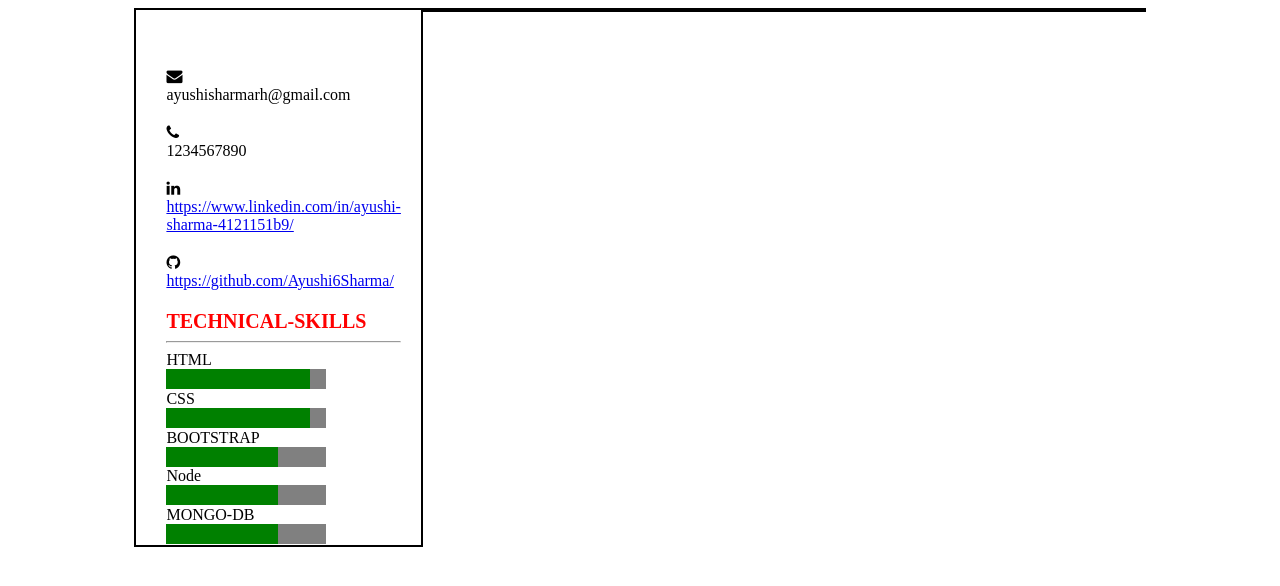
Repository: Ayushi6Sharma/Resume
Page: index.html
An editor plug-in stored every save of this project. The page is shown before and after a run of saves, followed by the edit.
The browser window is 1280 px wide. The pictures show the whole page.

Above is the page before, as saved 2022-05-03 23:53:43.

### index.html
<!DOCTYPE html>
<html lang="en">
    <head>
        <meta charset="utf-8">
        <meta http-equiv="X-UA-Compatible" content="IE=edge">
        <meta name="viewport" content="width=device-width, initial-scale=1">
        <meta name="description" content="Responsive resume for companies">
        <meta name="author" content="Ayushi Sharma">
        <div class="profile-linkedin"></div>
        <link rel="stylesheet" href="style.css">
        <!-- <link rel="stylesheet" href="https://cdn.jsdelivr.net/npm/@fortawesome/fontawesome-free@5.15.4/css/fontawesome.min.css" integrity="sha384-jLKHWM3JRmfMU0A5x5AkjWkw/EYfGUAGagvnfryNV3F9VqM98XiIH7VBGVoxVSc7" crossorigin="anonymous"> -->
        <!-- <link href="https://cdnjs.cloudflare.com/ajax/libs/font-awesome/5.13.0/css/all.min.css" rel="stylesheet"> -->
        <link rel="stylesheet" href="https://stackpath.bootstrapcdn.com/font-awesome/4.7.0/css/font-awesome.min.css" integrity="sha384-wvfXpqpZZVQGK6TAh5PVlGOfQNHSoD2xbE+QkPxCAFlNEevoEH3Sl0sibVcOQVnN" crossorigin="anonymous">
        <title>Resume</title>
    </head>
    <body>
        <main class="main-content" contenteditable="false">
            <section>
                <div class="left-main-content">
                    <!-- Profile data -->
                    <div class="profile-data">
                        <div class="profile-image">
                           <img src="" class="img">
                        </div>
                        <div class="profile-email">
                            <div class="email-icon">
                                <i class="fa fa-envelope"></i>
                            </div>
                            <div class="email-address">
                                ayushisharmarh@gmail.com
                            </div>
                        </div>
                        <div class="profile-contact">
                            <div class="phone-icon">
                                <i class="fa fa-phone"></i>
                            </div>
                            <div class="phone-number">
                                1234567890
                            </div>
                        </div>
                        <div class="profile-linkedin">
                            <div class="linkedid-icon">
                                <i class="fa fa-linkedin"></i>
                            </div>
                            <div class="linkedin-account">
                                <a href="https://www.linkedin.com/in/ayushi-sharma-4121151b9/">https://www.linkedin.com/in/ayushi-sharma-4121151b9/</a>
                            </div>
                        </div>
                        <div class="profile-github">
                            <div class="github-icon">
                                <i class="fa fa-github"></i>
                            </div>
                            <div class="github account-account">
                               <a href="https://github.com/Ayushi6Sharma/">https://github.com/Ayushi6Sharma/</a>
                            </div>
                        </div>
                    </div>
                    <!-- Technical Skills -->
                    <div class="technical-skills">
                        <div class="title">
                            TECHNICAL-SKILLS
                        </div>
                        <hr>
                        <div class="skills">
                            <div class="skill-item">
                                HTML
                            </div>
                            <div class="skill-knowledge">
                                <progress value="90" max="100" class="bar"></progress>
                            </div>
                        </div>
                        <div class="skills">
                            <div class="skill-item">
                                CSS
                            </div>
                            <div class="skill-knowledge">
                                <progress value="90" max="100" class="bar"></progress>
                            </div>
                        </div>
                        <div class="skills">
                            <div class="skill-item">
                                BOOTSTRAP
                            </div>
                            <div class="skill-knowledge">
                                <progress value="70" max="100" class="bar"></progress>
                            </div>
                        </div>
                        <div class="skills">
                            <div class="skill-item">
                                Node
                            </div>
                            <div class="skill-knowledge">
                                <progress value="70" max="100" class="bar"></progress>
                            </div>
                        </div>
                        <div class="skills">
                            <div class="skill-item">
                                MONGO-DB
                            </div>
                            <div class="skill-knowledge">
                                <progress value="70" max="100" class="bar"></progress>
                            </div>
                        </div>
                    </div>

                </div>

            </section>
            <section>
                <div class="right-main-content">

                </div>
            </section>
        </main>
    </body>
</html>

### style.css
.main-content
{
    display: grid;
    grid-template-columns:1fr 3fr;
    width:80%;
    margin: auto;
}
.left-main-content
{
    border:2px solid black;
    padding-left: 30px;
    padding-right: 20px;
}
.right-main-content
{
    border: 2px solid black;
}
.profile-data >div{
    margin-top: 20px;
}
/* technical skills */
.title{
    margin-top: 20px;
    font-weight: bold;
    font-size: 20px;
    color:red;
}
progress{
    color: aquamarine;
}
.bar
{
    border-radius:0px;
    height: 20px;
    position:relative;
}

After the next 2 saves:
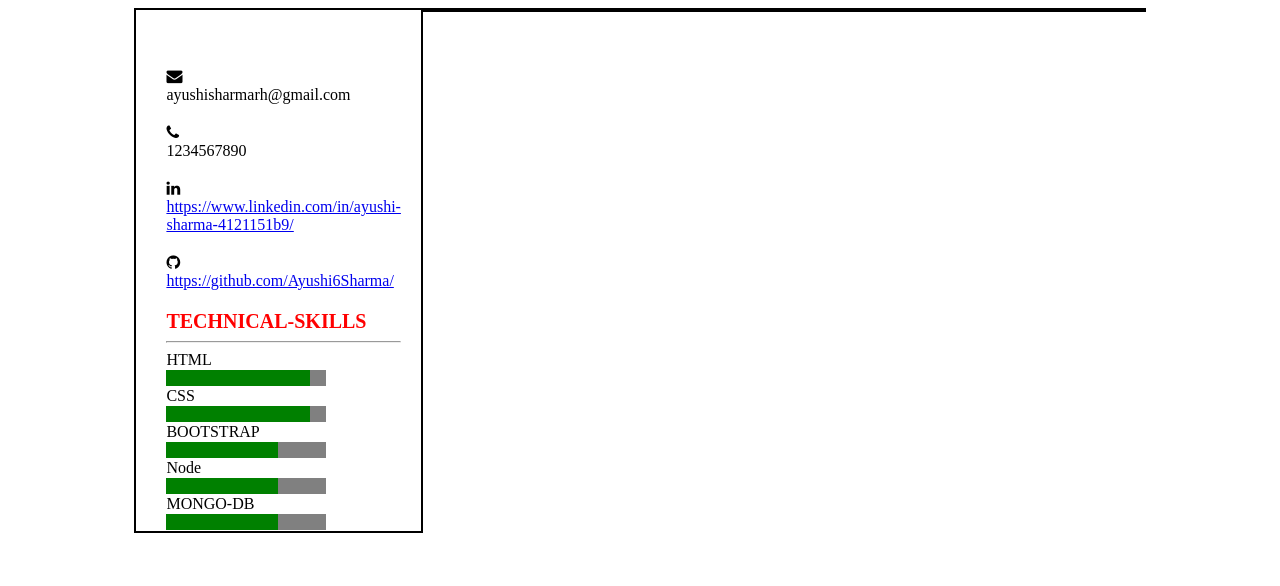
The 2 saves are shown as one change because they came seconds apart.
The last was saved 16 s later.
--- a/style.css
+++ b/style.css
@@ -30,7 +30,5 @@ progress{
 }
 .bar
 {
-    border-radius:0px;
-    height: 20px;
-    position:relative;
+    border-radius:10px;
 }
